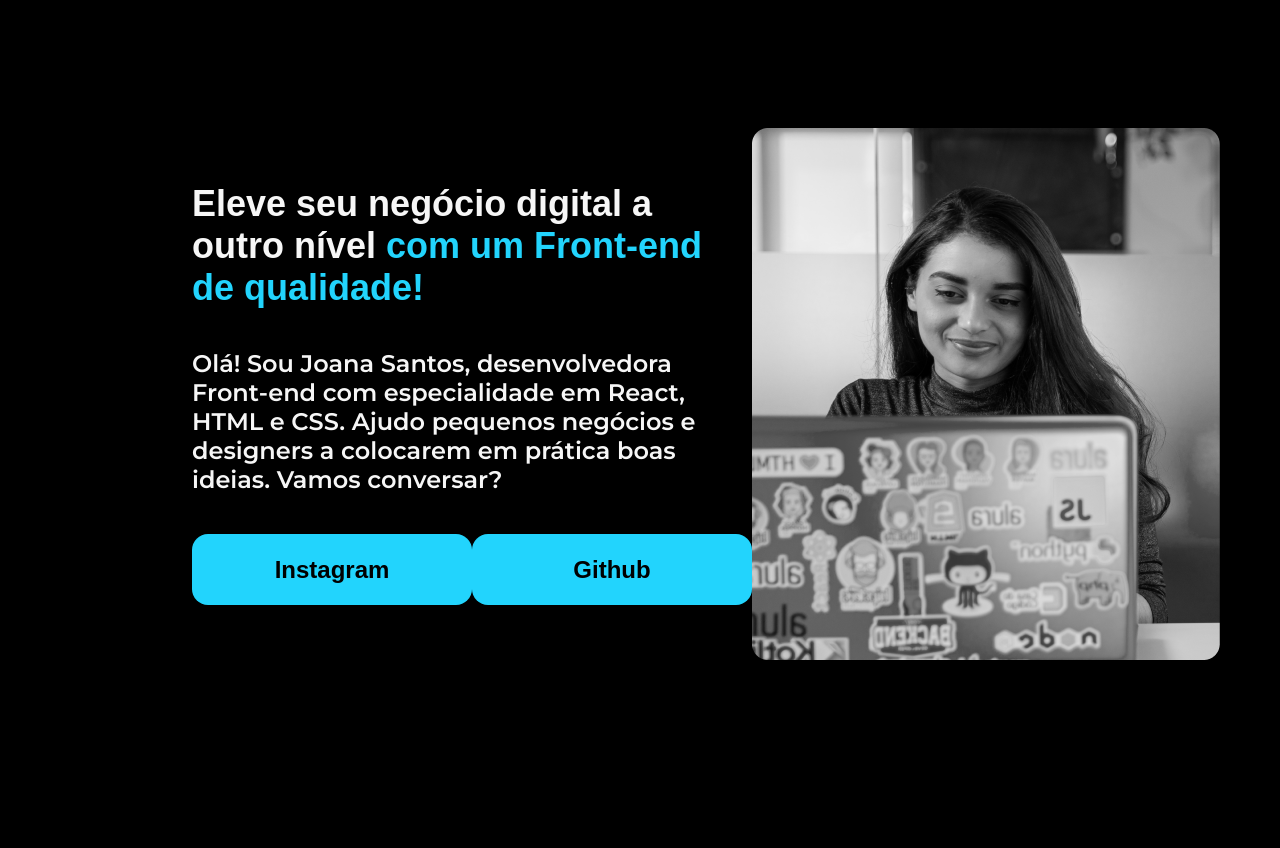
Repository: YoungAkira/CursoHtmlCss
Page: index.html
The author's editor kept a copy of each file at every save. The page is drawn from the files as they stood at one save, then again after the next save.
The browser window is 1280 px wide. The pictures show the whole page.
Some web fonts or font styles are not loaded; a fallback is used.

Above is the page before, as saved 2023-05-13 13:32:49.

### index.html
<!--ESSE PROJETO NÃO É DE MINHA AUTORIA, APENAS UTILIZO-O PARA FINS DIDÁTICOS-->
<!--CREDITOS: ALURA.COM-->

<!DOCTYPE html>
<html lang="pt-br">
<head>
    <meta charset="UTF-8">
    <meta http-equiv="X-UA-Compatible" content="IE=edge">
    <meta name="viewport" content="width=device-width, initial-scale=1.0">
    <title>Portfolio</title>
    <link rel="stylesheet" href="style.css">
</head>
<body>
    <header></header>
    <main class="apresentacao">
            <section class="apresentacao_conteudo">
                 <h1 class="apresentacao_conteudo_titulo">Eleve seu
                    negócio digital a outro nível <strong
                    class="titulo-destaque">com um Front-end de qualidade!</strong></h1>

                    <p class="apresentacao_conteudo_texto"> Olá! Sou Joana Santos, desenvolvedora Front-end
                        com especialidade em React, HTML e CSS. Ajudo
                        pequenos negócios e designers a colocarem em
                        prática boas ideias. Vamos conversar?</p>


                    <div class="apresentacao_links">
                        <a class="apresentacao-links-link" href="instagram.com">Instagram</a>
                        <a class="apresentacao-links-link" href="www.google.com">Github</a>
                    </div>

            </section>
                    <img src="imagem.png" alt="Foto Joana Santos programando">
    </main>


    <footer></footer>


</body>
</html>

### style.css
@import url('https://fonts.googleapis.com/css2?family=Krona+One&family=Montserrat:wght@600&display=swap');

*{
    margin: 0;
    padding: 0;
}


body {
    background-color: black;
    box-sizing: border-box;
    color: #F6F6F6;
    height: 100vh;
}


.titulo-destaque {
    color: #22D4FD;
}


.apresentacao{
    display: flex;
    align-items: center;
    justify-content: space-between;
    margin: 10% 15%;
}


.apresentacao_conteudo{
    width: 615px;
    display: flex;
    flex-direction: column;
    gap: 40px;
}


.apresentacao_conteudo_titulo{
    font-size: 36px;
    font-family: 'Krona One',sans-serif;
}


.apresentacao_conteudo_texto{
    font-size: 24px;
    font-family: 'Montserrat',sans-serif;
}


.apresentacao_links{
    display: flex;
    justify-content: space-between;
}


.apresentacao-links-link{
    background-color: #22D4FD;
    width: 280px;
    text-align: center;
    border-radius: 16px;
    font-size: 24px;
    padding: 21.5px 0;
    text-decoration: none;
    color :black;
    font-family: 'Krona One',sans-serif;
    font-weight: 600;
}

After the next save:
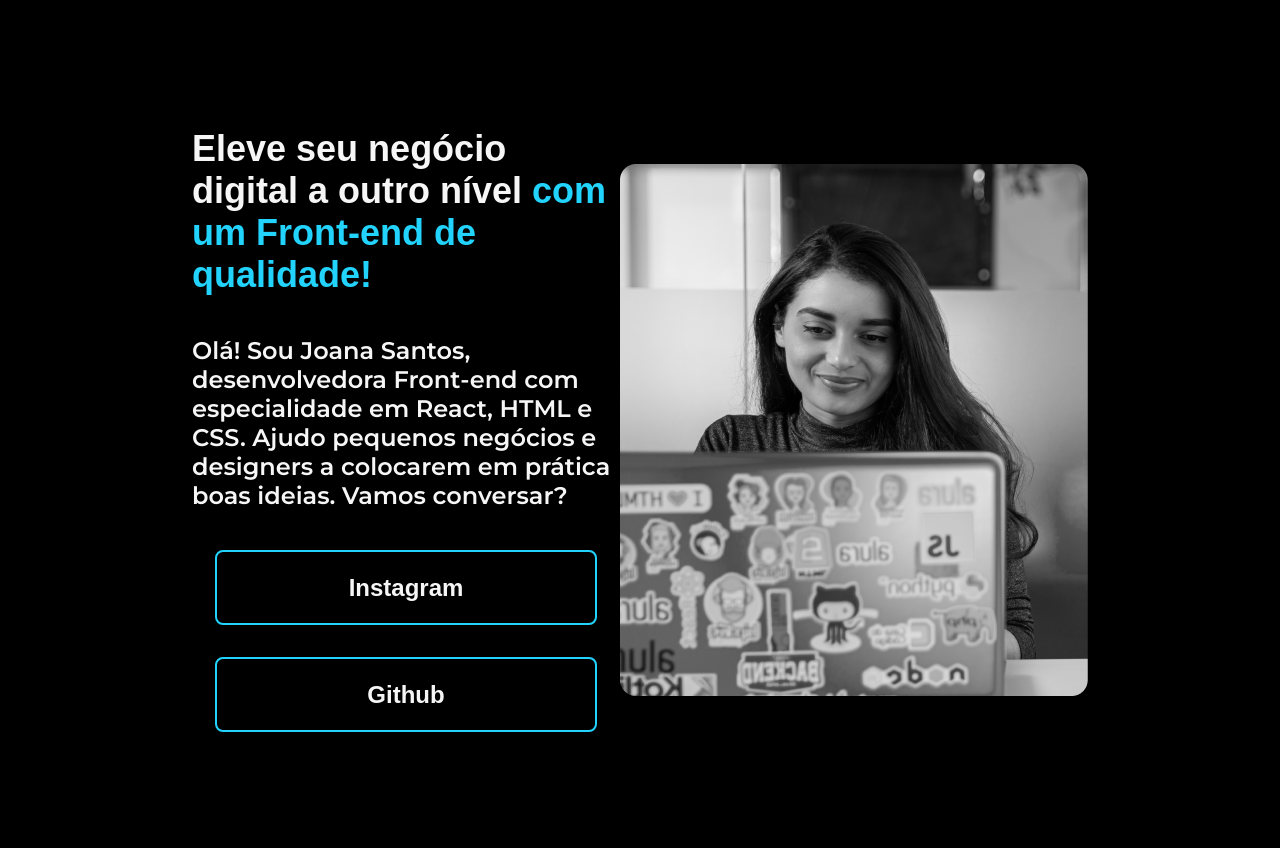
Saved 43 h 43 min later.
--- a/style.css
+++ b/style.css
@@ -49,19 +49,31 @@ body {
 
 .apresentacao_links{
     display: flex;
+    flex-direction: column;
     justify-content: space-between;
+    align-items: center;
+    gap: 32px;
+}
+
+
+.apresentacao_links_subtitulo{
+    font-size: 24px;
+    font-family: 'Krona One', sans-serif;
+    font-weight: 400;
+
+
 }
 
 
 .apresentacao-links-link{
-    background-color: #22D4FD;
-    width: 280px;
+    border: 2px solid #22D4FD;
+    width: 378px;
     text-align: center;
-    border-radius: 16px;
+    border-radius: 8px;
     font-size: 24px;
     padding: 21.5px 0;
     text-decoration: none;
-    color :black;
+    color :#F6F6F6;
     font-family: 'Krona One',sans-serif;
     font-weight: 600;
 }
